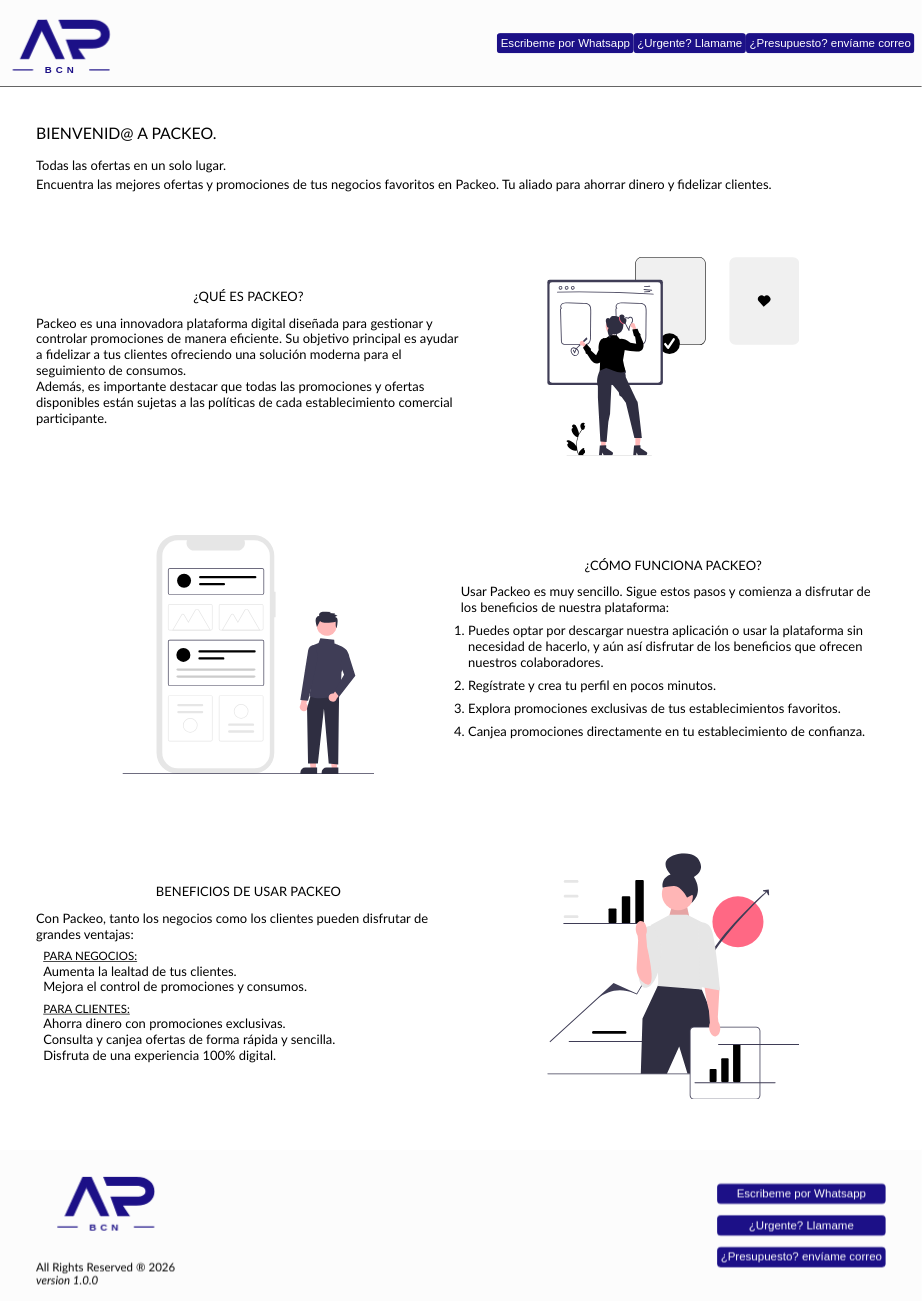
Repository: alupvcbarcelona/alupvcbarcelona-front
Page: /
The author's editor kept a copy of each file at every save. The page is drawn from the files as they stood at one save, then again after the next save.
The browser window is 1280 px wide. The pictures show the whole page, at 72% of full size.
The page's requests for data from a server got no answer. The project was rebuilt for these pictures with package versions that can differ from the ones it lists, and the page was loaded fresh each time. No one was signed in, and anything a server would have sent is missing. Also part of the build but not shown: vite.config.js, src/reducers/partner.reducer/partner.action.js, src/views/Pack/utils/content.js, src/views/Pack/Pack.css, src/views/Pack/Pack.jsx, src/views/404/utils.js, src/views/404/NotFound.css, src/views/404/NotFound.jsx and 6 more.

Above is the page before, as saved 2026-07-24 09:51:58.

After the next save:
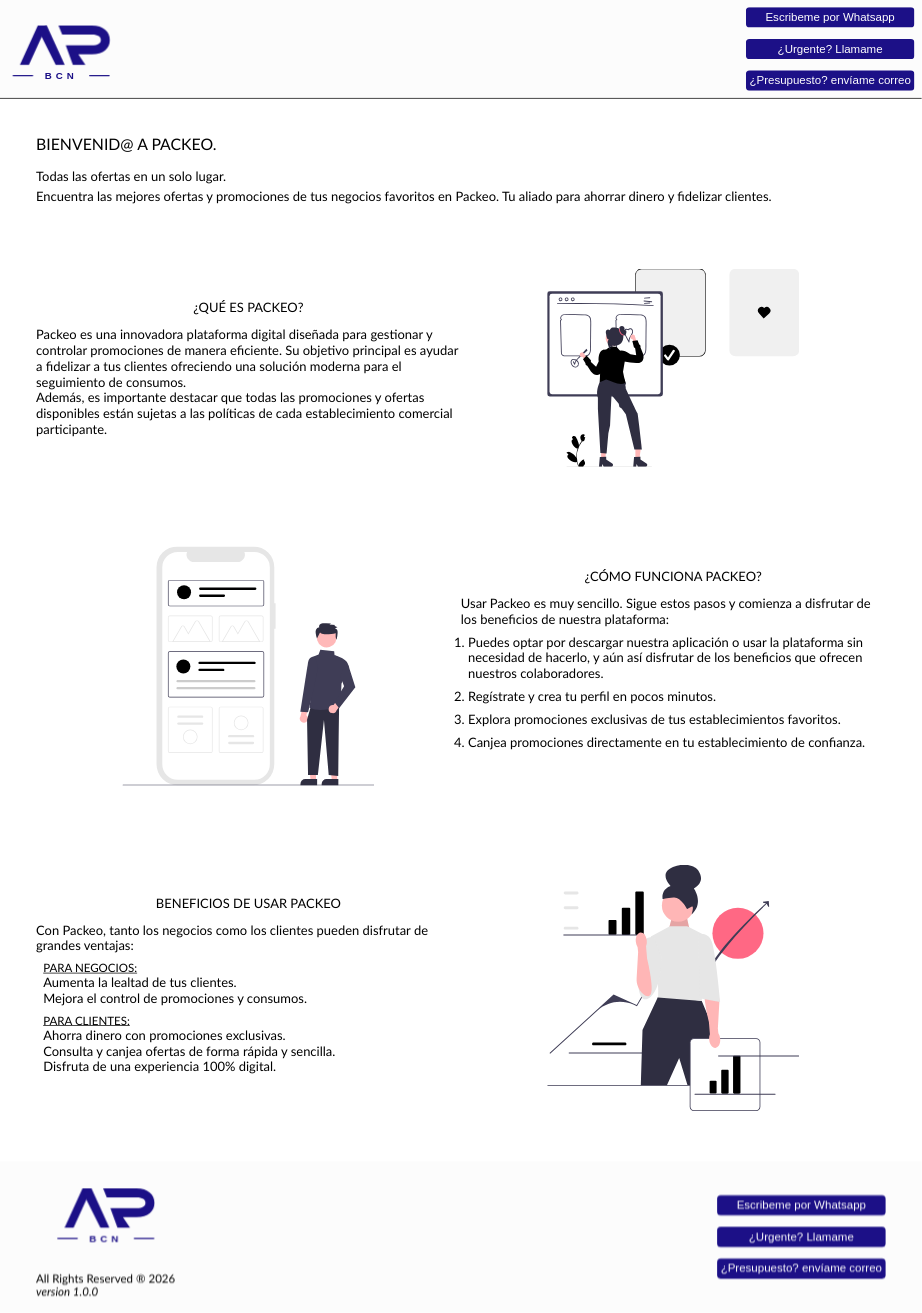
Saved 2 min 27 s later.
--- a/src/components/Header/Header.css
+++ b/src/components/Header/Header.css
@@ -12,7 +12,7 @@
 }
 
 .header__content-action {
-  display: felx;
+  display: flex;
   flex-direction: column;
   gap:1rem;
 }
